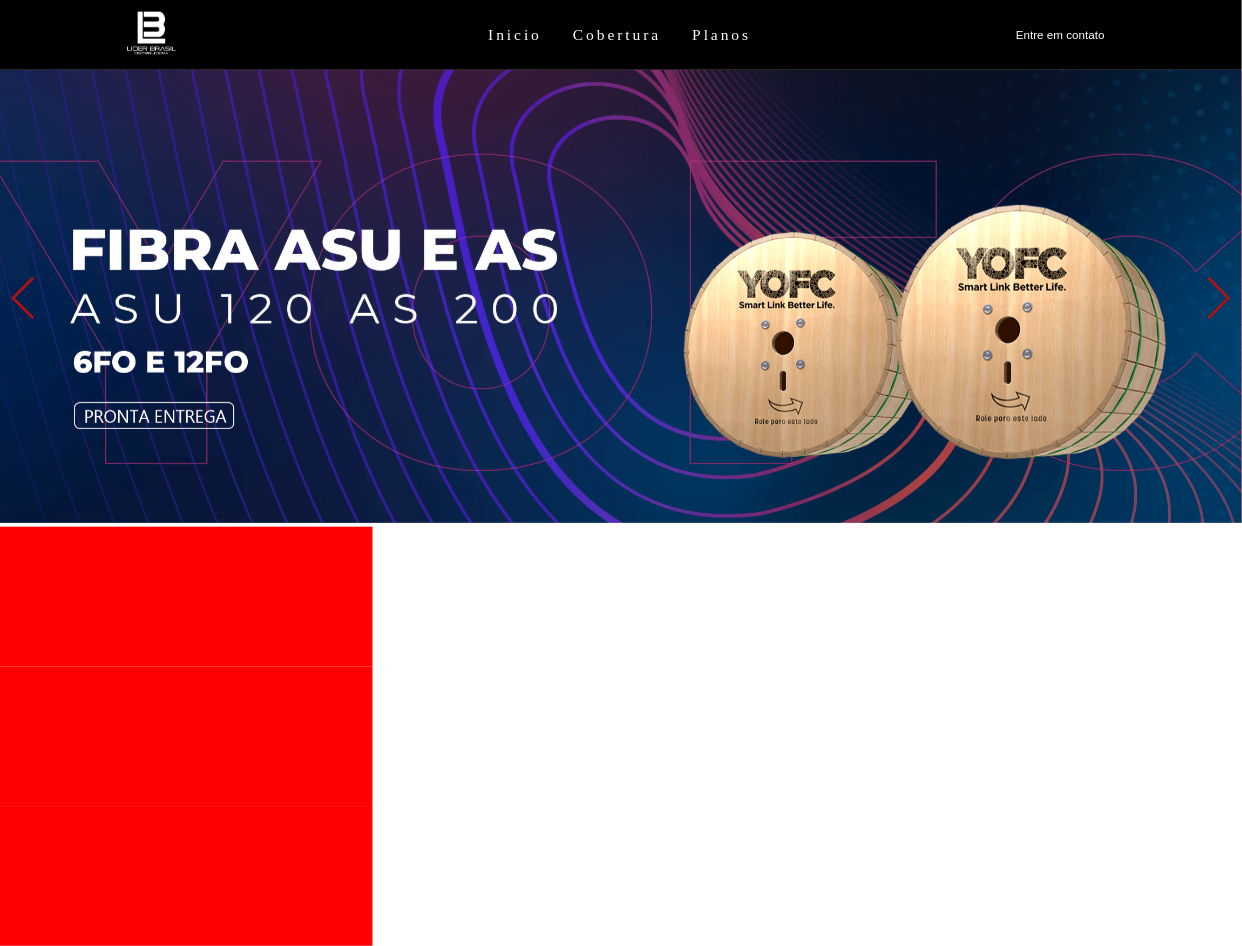
Repository: mateus-henrique-silva/Novo_institucional_lider
Page: index.html
These files come from the project's save history. The page is drawn as it stood at one moment and after a run of saves; the edit follows.
The browser window is 1280 px wide. The pictures show the whole page, at 97% of full size.
Some web fonts or font styles are not loaded; a fallback is used.

Above is the page before, as saved 2022-09-01 16:00:32.
Console error: SyntaxError: Identifier 'MobileNavbar' has already been declared

After the next 2 saves:
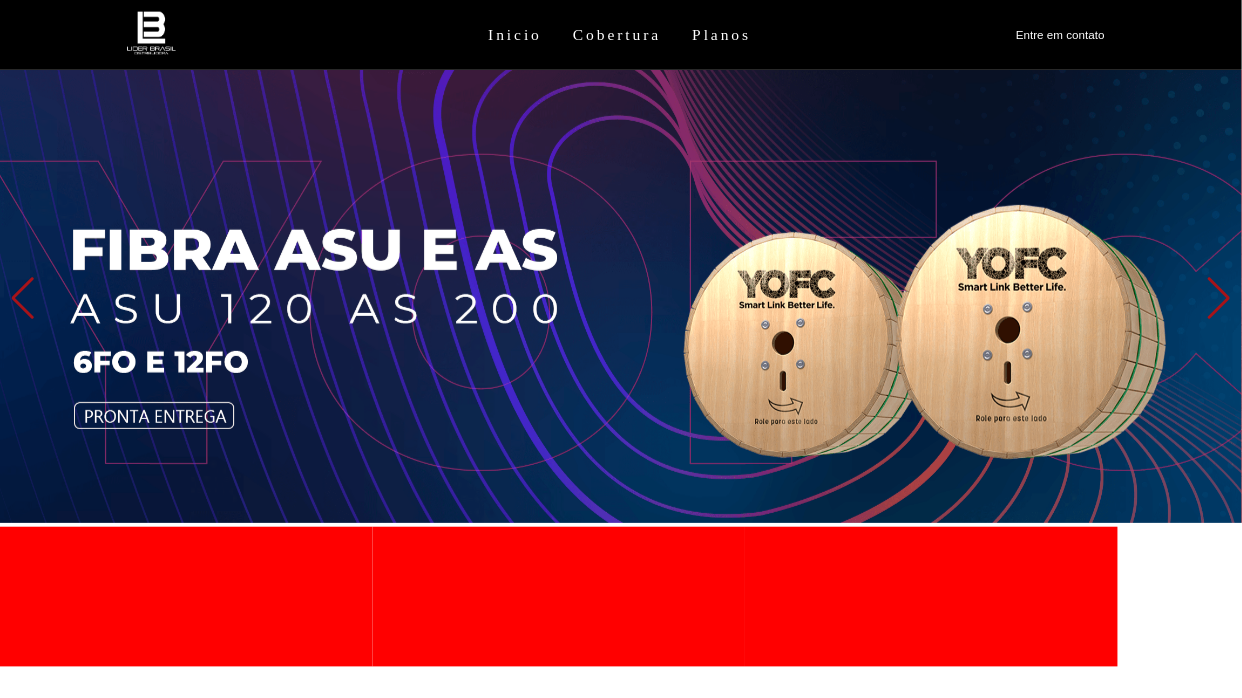
The 2 saves are shown as one change because they came seconds apart.
The last was saved 6 s later.
--- a/src/CSS/Main/Box/style.css
+++ b/src/CSS/Main/Box/style.css
@@ -1,6 +1,6 @@
 .section-box{
     width: 100%;
-    displ
+    display: flex;
 }
 
 .box{
